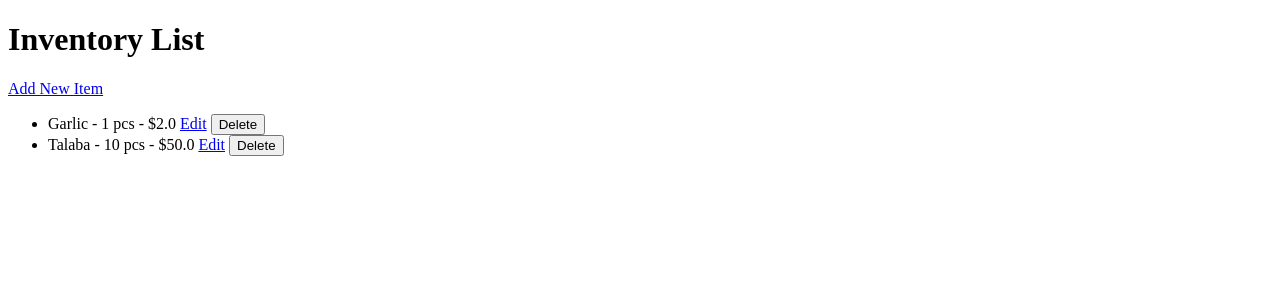
Repository: Stoldark/PLMUN
Page: http://localhost/
The author's editor kept a copy of each file at every save. The page is drawn from the files as they stood at one save, then again after the next save.
The browser window is 1280 px wide. The pictures show the whole page.
The page is served by the project's application, run on Flask 3 (tempCodeRunnerFile.py). The user the application loads for id 1 is signed in. The page reads the database file committed with the project.

Above is the page before, as saved 2024-09-07 22:47:57.

### templates/index.html
<!DOCTYPE html>
<html lang="en">
<head>
    <meta charset="UTF-8">
    <meta name="viewport" content="width=device-width, initial-scale=1.0">
    <title>Inventory Management</title>
</head>
<body>
    <h1>Inventory List</h1>
    <a href="/add">Add New Item</a>
    <ul>
        {% for item in items %}
            <li>
                {{ item.name }} - {{ item.quantity }} pcs - ${{ item.price }}
                <a href="{{ url_for('edit_item', id=item.id) }}">Edit</a>
                <form action="{{ url_for('delete_item', id=item.id) }}" method="post" style="display:inline;">
                    <button type="submit">Delete</button>
                </form>
            </li>
        {% endfor %}
    </ul>
</body>
</html>

### tempCodeRunnerFile.py
from flask import Flask, render_template, request, redirect, session, url_for, flash, jsonify
from flask_wtf import FlaskForm
from wtforms import StringField, PasswordField, SubmitField
from wtforms.validators import DataRequired, Length
from flask_bcrypt import Bcrypt
from flask_login import LoginManager, UserMixin, login_user, logout_user, login_required, current_user
import sqlite3
import os

# Initialize Flask app
app = Flask(__name__)

# Set the secret key for session management
app.config['SECRET_KEY'] = 'your_secret_key'  # Change this to a secure key

# Initialize extensions
bcrypt = Bcrypt(app)
login_manager = LoginManager(app)
login_manager.login_view = 'login'

# Database connection function
def get_db_connection():
    conn = sqlite3.connect('inventory.db')
    conn.row_factory = sqlite3.Row
    return conn

# User model for Flask-Login
class User(UserMixin):
    def __init__(self, id, username, role):
        self.id = id
        self.username = username
        self.role = role

# User loader for Flask-Login
@login_manager.user_loader
def load_user(user_id):
    conn = get_db_connection()
    user = conn.execute('SELECT * FROM users WHERE id = ?', (user_id,)).fetchone()
    conn.close()
    if user:
        return User(user['id'], user['username'], user['role'])
    return None

# Registration form
class RegistrationForm(FlaskForm):
    username = StringField('Username', validators=[DataRequired(), Length(min=4, max=25)])
    password = PasswordField('Password', validators=[DataRequired(), Length(min=6, max=35)])
    role = StringField('Role', validators=[DataRequired()])
    submit = SubmitField('Register')

# Login form
class LoginForm(FlaskForm):
    username = StringField('Username', validators=[DataRequired()])
    password = PasswordField('Password', validators=[DataRequired()])
    submit = SubmitField('Login')

# Route to show inventory items
@app.route('/')
@login_required
def index():
    conn = get_db_connection()
    items = conn.execute('SELECT * FROM items').fetchall()
    conn.close()
    return render_template('index.html', items=items)

# Route to add an item
@app.route('/add', methods=('GET', 'POST'))
@login_required
def add_item():
    if request.method == 'POST':
        name = request.form['name']
        quantity = request.form['quantity']
        price = request.form['price']

        conn = get_db_connection()
        conn.execute('INSERT INTO items (name, quantity, price) VALUES (?, ?, ?)',
                     (name, quantity, price))
        conn.commit()
        conn.close()

        return redirect('/')
    return render_template('add.html')

# Route to edit an item
@app.route('/edit/<int:id>', methods=('GET', 'POST'))
@login_required
def edit_item(id):
    conn = get_db_connection()
    item = conn.execute('SELECT * FROM items WHERE id = ?', (id,)).fetchone()

    if request.method == 'POST':
        name = request.form['name']
        quantity = request.form['quantity']
        price = request.form['price']
        conn.execute('UPDATE items SET name = ?, quantity = ?, price = ? WHERE id = ?',
                     (name, quantity, price, id))
        conn.commit()
        conn.close()
        return redirect('/')

    conn.close()
    return render_template('edit.html', item=item)

# Route to delete an item
@app.route('/delete/<int:id>', methods=['POST'])
@login_required
def delete_item(id):
    conn = get_db_connection()
    conn.execute('DELETE FROM items WHERE id = ?', (id,))
    conn.commit()
    conn.close()
    return redirect('/')

# Registration route
@app.route('/register', methods=['GET', 'POST'])
def register():
    form = RegistrationForm()
    if form.validate_on_submit():
        username = form.username.data
        password = bcrypt.generate_password_hash(form.password.data).decode('utf-8')
        role = form.role.data

        conn = get_db_connection()
        conn.execute('INSERT INTO users (username, password, role) VALUES (?, ?, ?)',
                     (username, password, role))
        conn.commit()
        conn.close()

        flash('Registration successful! You can now log in.')
        return redirect(url_for('login'))
    return render_template('register.html', form=form)

# Login route
@app.route('/login', methods=['GET', 'POST'])
def login():
    form = LoginForm()
    if form.validate_on_submit():
        username = form.username.data
        password = form.password.data

        conn = get_db_connection()
        user = conn.execute('SELECT * FROM users WHERE username = ?', (username,)).fetchone()
        conn.close()

        if user and bcrypt.check_password_hash(user['password'], password):
            login_user(User(user['id'], user['username'], user['role']))
            return redirect('/')
        else:
            flash('Login Unsuccessful. Please check your username and password', 'danger')

    return render_template('login.html', form=form)

# Logout route
@app.route('/logout')
@login_required
def logout():
    logout_user()
    return redirect(url_for('index'))

# API Endpoint to get inventory items
@app.route('/api/items', methods=['GET'])
@login_required
def api_get_items():
    conn = get_db_connection()
    items = conn.execute('SELECT * FROM items').fetchall()
    conn.close()
    return jsonify([dict(item) for item in items])

# API Endpoint to add an item
@app.route('/api/items', methods=['POST'])
@login_required
def api_add_item():
    data = request.get_json()
    name = data.get('name')
    quantity = data.get('quantity')
    price = data.get('price')

    conn = get_db_connection()
    conn.execute('INSERT INTO items (name, quantity, price) VALUES (?, ?, ?)',
                 (name, quantity, price))
    conn.commit()
    conn.close()

    return jsonify({'message': 'Item added successfully'}), 201

# API Endpoint to update an item
@app.route('/api/items/<int:id>', methods=['PUT'])
@login_required
def api_update_item(id):
    data = request.get_json()
    name = data.get('name')
    quantity = data.get('quantity')
    price = data.get('price')

    conn = get_db_connection()
    conn.execute('UPDATE items SET name = ?, quantity = ?, price = ? WHERE id = ?',
                 (name, quantity, price, id))
    conn.commit()
    conn.close()

    return jsonify({'message': 'Item updated successfully'})

# API Endpoint to delete an item
@app.route('/api/items/<int:id>', methods=['DELETE'])
@login_required
def api_delete_item(id):
    conn = get_db_connection()
    conn.execute('DELETE FROM items WHERE id = ?', (id,))
    conn.commit()
    conn.close()

    return jsonify({'message': 'Item deleted successfully'})

# Run the app
if __name__ == "__main__":
    port = int(os.environ.get("PORT", 10000))  # Use PORT environment variable or default to 10000
    app.run(host="0.0.0.0", port=port, debug=True)

### inventory.db (the tables this page reads, as SQL)
CREATE TABLE items (
        id INTEGER PRIMARY KEY AUTOINCREMENT,
        name TEXT NOT NULL,
        quantity INTEGER NOT NULL,
        price REAL NOT NULL
    );
INSERT INTO "items" VALUES
(11, 'Garlic', 1, 2.0),
(12, 'Talaba', 10, 50.0);

CREATE TABLE users (
        id INTEGER PRIMARY KEY AUTOINCREMENT,
        username TEXT NOT NULL UNIQUE,
        password TEXT NOT NULL,
        role TEXT NOT NULL
    );
INSERT INTO "users" VALUES
(1, 'Stoldark', '$2b$12$i0Mqa5cea8pBbFSinmIz..4VJgBXWnnDkYt3rAqvmVrgWCwBsXl4O', 'Admin'),
(2, 'Eric', '$2b$12$5BeYiRheo2DNLGpAIdDfIu/9jeemr9oTFF9FkywKS857V6zqEPPLe', 'Admin'),
(3, 'Kalbo', '$2b$12$T4oBcnexPmFyclvAoOqXEOpTToENOdoxSlpFfb4sIZypqMPj9xq5a', 'Tester'),
(4, 'Panot', '$2b$12$c2CZ9X/TyyBEVZsK3EdareqkeAU/5fhJbGQMReyKLPc/TcnwLLZCS', 'Tester');

After the next save:
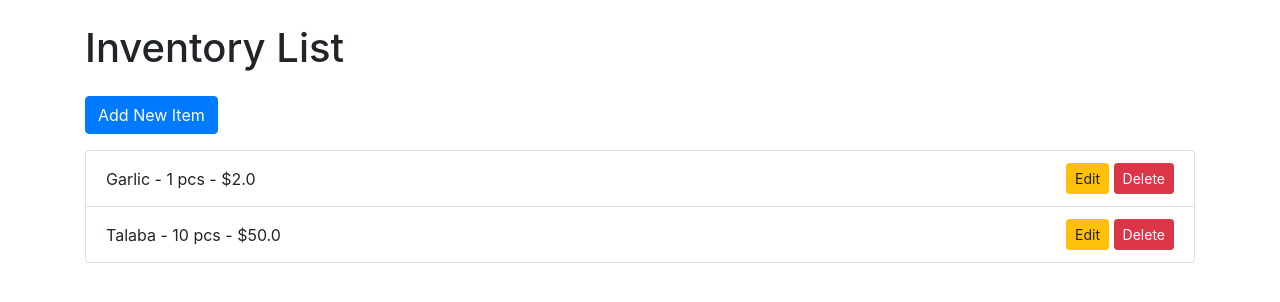
Saved 3 s later.
--- a/templates/index.html
+++ b/templates/index.html
@@ -4,20 +4,25 @@
     <meta charset="UTF-8">
     <meta name="viewport" content="width=device-width, initial-scale=1.0">
     <title>Inventory Management</title>
+    <link rel="stylesheet" href="https://stackpath.bootstrapcdn.com/bootstrap/4.5.2/css/bootstrap.min.css">
 </head>
 <body>
-    <h1>Inventory List</h1>
-    <a href="/add">Add New Item</a>
-    <ul>
-        {% for item in items %}
-            <li>
-                {{ item.name }} - {{ item.quantity }} pcs - ${{ item.price }}
-                <a href="{{ url_for('edit_item', id=item.id) }}">Edit</a>
-                <form action="{{ url_for('delete_item', id=item.id) }}" method="post" style="display:inline;">
-                    <button type="submit">Delete</button>
-                </form>
-            </li>
-        {% endfor %}
-    </ul>
+    <div class="container">
+        <h1 class="my-4">Inventory List</h1>
+        <a href="/add" class="btn btn-primary mb-3">Add New Item</a>
+        <ul class="list-group">
+            {% for item in items %}
+                <li class="list-group-item d-flex justify-content-between align-items-center">
+                    {{ item.name }} - {{ item.quantity }} pcs - ${{ item.price }}
+                    <div>
+                        <a href="{{ url_for('edit_item', id=item.id) }}" class="btn btn-warning btn-sm">Edit</a>
+                        <form action="{{ url_for('delete_item', id=item.id) }}" method="post" style="display:inline;">
+                            <button type="submit" class="btn btn-danger btn-sm">Delete</button>
+                        </form>
+                    </div>
+                </li>
+            {% endfor %}
+        </ul>
+    </div>
 </body>
 </html>
